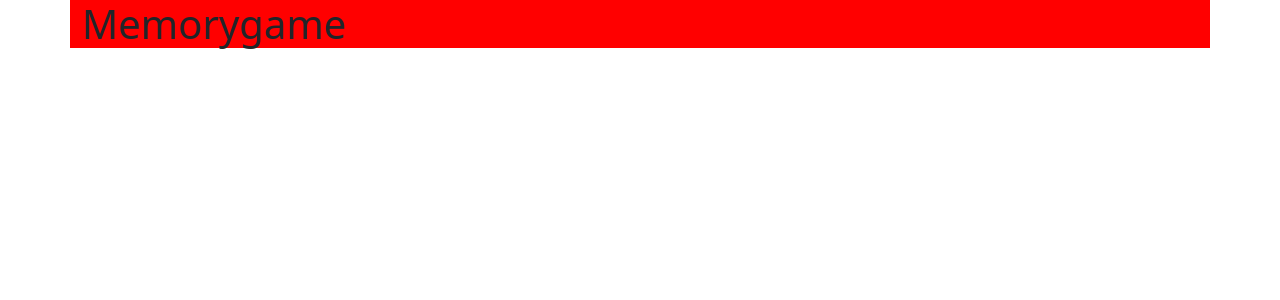
Repository: zsanber/memorygame
Page: /
An editor plug-in stored every save of this project. The page is shown before and after the next save, followed by the edit.
The browser window is 1280 px wide. The pictures show the whole page.
The project was rebuilt for these pictures with package versions that can differ from the ones it lists, and the page was loaded fresh each time.

Above is the page before, as saved 2022-02-06 10:12:49.

After the next save:
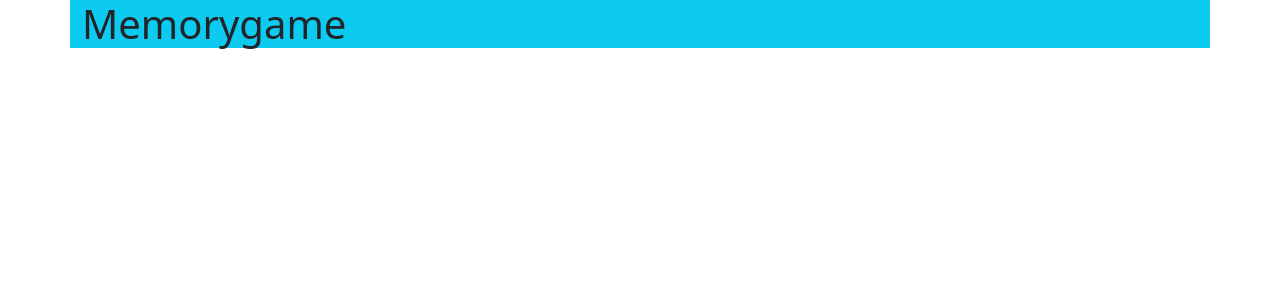
Saved 60 s later.
--- a/src/App.js
+++ b/src/App.js
@@ -3,7 +3,7 @@ import '../node_modules/bootstrap/dist/bootstrap.min.css';
 
 function App() {
   return (
-    <div className="container">
+    <div className="container bg-info">
       <h1>Memorygame</h1>
     </div>
   );
